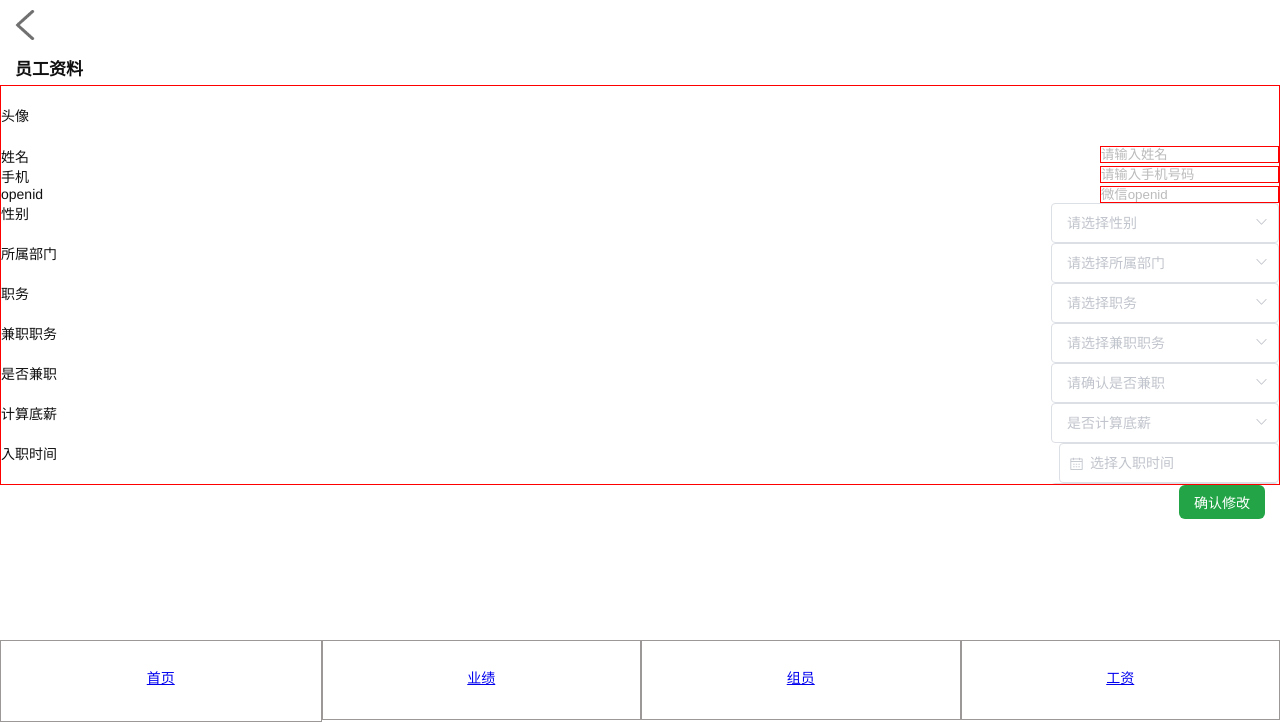
Repository: panlin520-team/lnmj-staffH5
Page: /#/homepage
The author's editor kept a copy of each file at every save. The page is drawn from the files as they stood at one save, then again after a run of saves.
The browser window is 1280 px wide. The pictures show the whole page.
The project was rebuilt for these pictures with package versions that can differ from the ones it lists, and the page was loaded fresh each time. Also part of the build but not shown: src/views/Lojin.vue.

Above is the page before, as saved 2020-04-08 15:22:15.

### src/main.js
import Vue from 'vue'
import App from './App.vue'
import router from './router'
import store from './store'
import ElementUI from 'element-ui'
import '@/assets/scss/reset.less'
import 'element-ui/lib/theme-chalk/index.css';
Vue.use(ElementUI)


Vue.config.productionTip = false

new Vue({
  router,
  store,
  render: h => h(App)
}).$mount('#app')

### src/App.vue
<template>
  <div id="app">
    <router-view />
  </div>
</template>
<script>
export default {
  data() {
    return {
    };
  },
  created() {},
  methods: {
  }
};
</script>
<style lang="less">
</style>

### src/router/index.js
import Vue from 'vue'
import VueRouter from 'vue-router'
import Lojin from '../views/Lojin.vue'

Vue.use(VueRouter)

const routes = [
  //首页登录
  {
    path: '/',
    name: 'Lojin',
    component: Lojin
  },
  //首页登录
  {
    path: '/Lojin',
    name: 'Lojin',
    component: Lojin
  },
  //用户注册
  {
    path: '/register',
    name: 'Register',
    component: () => import('../views/Register.vue')
  },
  //用户忘记密码
  {
    path: '/forgetpassword',
    name: 'Forgetpassword',
    component: () => import('../views/Forgetpassword.vue')
  },
  //登录首页
  {
    path: '/homepage',
    name: 'Homepage',
    component: () => import('../views/Homepage.vue')
  },
  //业绩
  {
    path: '/performance',
    name: 'Performance',
    component: () => import('../views/Performance.vue')
  },
  //组员
  {
    path: '/crew',
    name: 'Crew',
    component: () => import('../views/Crew.vue')
  },
  //工资
  {
    path: '/salary',
    name: 'Salary',
    component: () => import('../views/Salary.vue')
  },
]

const router = new VueRouter({
  routes
})

export default router

### src/assets/scss/reset.less
* {
  margin: 0;
  padding: 0;
}

div {
  box-sizing: border-box;
  -webkit-tap-highlight-color: rgba(0, 0, 0, 0);
  // -webkit-user-select: none;
}

img {
  border: 0;
}

ul,
ol {
  list-style: none;
}

textarea {
  // 禁止调节文本域尺寸
  resize: none;
  outline-style: none;
  -webkit-appearance: none;
}

input,
button {
  outline-style: none;
  box-sizing: border-box;
  border: none;
}

// 输入框提示文本颜色设置
input::-moz-focus-inner {
  border: 0;
}

input::-webkit-input-placeholder {
  /* WebKit browsers */
  color: #BBB;
}

input::-moz-placeholder {
  /* Mozilla Firefox 19+ */
  color: #BBB;
}

input:-ms-input-placeholder {
  /* Internet Explorer 10+ */
  color: #BBB;
}

html,
body {
  width: 100%;
  height: 100%;
}

body {
  background-color: #ffffff;
  font-family: "Helvetica Neue", Helvetica, "PingFang SC", "Hiragino Sans GB", "Microsoft YaHei", "微软雅黑", Arial, sans-serif;
  font-size: 14px;
  color: #101010;
}

#app {
  position: relative;
  width: 100%;
  height: 100%;
}

// 滚动条尺寸
div::-webkit-scrollbar {
  width: 10px;
  height: 10px;
}

// 滚动条内部方块
// div::-webkit-scrollbar-thumb {
//   border-radius: 10px;
//   box-shadow: inset 0 0 5px rgba(0, 0, 0, 0.2);
//   background: #52BD3A;
// }

// 滚动条轨道
// div::-webkit-scrollbar-track {
//   box-shadow: inset 0 0 5px rgba(0, 0, 0, 0.2);
//   border-radius: 10px;
//   background: rgba(0, 0, 0, 0.1);
// }

.topBand {
  width: 100%;
  height: 80px;
  background: #23A547;
  display: flex;
  position: fixed;
  top: 0;
  left: 0;
  z-index: 100;
}

.container {
  display: flex;
  background: #ffffff;
  padding-top: 80px;
  z-index: 99;
  height: 100%;

  .aside {
    width: 200px;
    min-width: 200px;
    overflow: hidden;
    white-space: nowrap;
    text-overflow: ellipsis;
    position: fixed;
    top: 80px;
    bottom: 0;
    left: 0;
  }

  .main {
    flex: 1;

    &.active {
      padding-left: 200px;
    }
  }
}

.footer {
  height: 80px;
  background: #23A547;
}

.scrollX {
  overflow-x: auto;
  overflow-y: hidden;
}

.scrollY {
  overflow-x: hidden;
  overflow-y: auto;
}

.popPage {
  position: fixed;
  top: 0;
  left: 0;
  width: 100%;
  height: 100%;
  padding: 20px;
  z-index: 100;
  background-color: #ffffff;
}

.nowrap {
  overflow: hidden;
  white-space: nowrap;
  text-overflow: ellipsis;
}

.btn-pointer {
  cursor: pointer;
}

### src/views/Homepage.vue
 <!--登录首页-->
<template>
  <div class="homepage">
    <div class="imgs" @click="returnLojin">
      <img src="../assets/images/icon-left.png" alt />
    </div>
    <!-- 中间 -->
    <div class="content">
      <div class="top" slot="top">
        <div class="title">员工资料</div>
      </div>
      <div class="main" slot="main">
        <div class="items scrollY">
          <!-- 头像上传 -->
          <div class="item">
            <label class="label-left" style="line-height: 60px;">头像</label>
            <div class="value">

            </div>
          </div>
          <div class="item">
            <label class="label-left">姓名</label>
            <div class="value">
              <input
                type="text"
                placeholder="请输入姓名"
                v-model="employeesDetails.name"
                class="input-value"
              />
            </div>
          </div>
          <div class="item">
            <label class="label-left">手机</label>
            <div class="value">
              <input
                type="text"
                placeholder="请输入手机号码"
                v-model="employeesDetails.mobile"
                class="input-value"
              />
            </div>
          </div>
          <div class="item">
            <label class="label-left">openid</label>
            <div class="value">
              <input
                type="text"
                placeholder="微信openid"
                v-model="employeesDetails.openid"
                class="input-value"
              />
            </div>
          </div>
          <div class="item">
            <label class="label-left">性别</label>
            <div class="value">
              <el-select v-model="employeesDetails.gender" placeholder="请选择性别">
                <el-option
                  v-for="item in genders"
                  :key="item.value"
                  :label="item.name"
                  :value="item.value"
                ></el-option>
              </el-select>
            </div>
          </div>
          <!-- <div class="item">
                <label class="label-left">所属分组</label>
                <div class="value">
                  <el-select v-model="employeesDetails.groupId" placeholder="请选择分组">
                    <el-option
                      v-for="item in groups"
                      :key="item.groupId"
                      :label="item.name"
                      :value="item.groupId"
                    ></el-option>
                  </el-select>
                </div>
          </div>-->
          <div class="item">
            <label class="label-left">所属部门</label>
            <div class="value">
              <el-select v-model="part_department" @change="changedepartment" placeholder="请选择所属部门">
                <el-option
                  v-for="item in part_partment"
                  :key="item.id"
                  :label="item.name"
                  :value="item.id"
                ></el-option>
              </el-select>
            </div>
          </div>
          <div class="item">
            <label class="label-left">职务</label>
            <div class="value">
              <el-select v-model="employeepostName" @change="changedeptails" placeholder="请选择职务">
                <el-option
                  v-for="item in postNames"
                  :key="item.postId"
                  :label="item.name"
                  :value="item.postId"
                ></el-option>
              </el-select>
            </div>
          </div>
          <div class="item">
            <label class="label-left">兼职职务</label>
            <div class="value">
              <el-select v-model="part_timeJobe" @change="changejobe" placeholder="请选择兼职职务">
                <el-option
                  v-for="item in part_timeNames"
                  :key="item.postId"
                  :label="item.name"
                  :value="item.postId"
                ></el-option>
              </el-select>
            </div>
          </div>

          <div class="item">
            <label class="label-left">是否兼职</label>
            <div class="value">
              <el-select v-model="part_trueJobe" @change="changetrueJobe" placeholder="请确认是否兼职">
                <el-option
                  v-for="item in part_trueNames"
                  :key="item.postId"
                  :label="item.name"
                  :value="item.postId"
                ></el-option>
              </el-select>
            </div>
          </div>
          <div class="item">
            <label class="label-left">计算底薪</label>
            <div class="value">
              <el-select v-model="isBasicSalarer" @change="changeSalary" placeholder="是否计算底薪">
                <el-option
                  v-for="item in isBasicSalary"
                  :key="item.value"
                  :label="item.label"
                  :value="item.value"
                ></el-option>
              </el-select>
            </div>
          </div>
          <!-- <div class="item">
            <label class="label-left">级别</label>
            <div class="value">
              <el-select v-model="employeesDetails.postLevel" placeholder="请选择级别">
                <el-option
                  v-for="item in levels"
                  :key="item.postLevelId"
                  :label="item.postLevelName"
                  :value="item.postLevelId"
                ></el-option>
              </el-select>
            </div>
          </div>-->
          <div class="item">
            <label class="label-left">入职时间</label>
            <div class="value">
              <el-date-picker
                v-model="employeesDetails.entryTime"
                :editable="false"
                :clearable="false"
                align="center"
                type="date"
                format="yyyy-MM-dd"
                value-format="yyyy-MM-dd"
                placeholder="选择入职时间"
                class="setEmpDatePicker"
              ></el-date-picker>
            </div>
          </div>
          <div class="item">
            <label class="label-left">目前状态</label>
            <div class="value">
              <el-select v-model="workingState" @change="changezhtai" placeholder="请选择员工目前状态">
                <el-option
                  v-for="item in workingStates"
                  :key="item.state"
                  :label="item.name"
                  :value="item.state"
                ></el-option>
              </el-select>
            </div>
          </div>
        </div>
      </div>
      <div class="bottom" slot="bottom">
        <div class="btn-save btn-pointer" @click="newEmployees">确认修改</div>
      </div>
    </div>
    <!-- 底部导航 -->
    <div class="switchoverBtn">
      <Btnnavigation></Btnnavigation>
    </div>
  </div>
</template>


<script>
//引入模块
import Btnnavigation from "@/components/Btnnavigation.vue";

export default {
  name: "homepage",
  components: { Btnnavigation },
  data() {
    return {
      //员工信息
      employeesDetails: {
        name: "",
        mobile: "",
        openid: "",
        gender: "",
        entryTime: "",
      },
      //部门
      part_department: "",
      part_partment: [],
      //职务
      employeepostName: "",
      postNames: [],
      //兼职职务
      part_timeJobe: "",
      part_timeNames: [],
      //是否兼职
      part_trueJobe: "",
      part_trueNames: [
        {
          postId: 1,
          name: "是"
        },
        {
          postId: 0,
          name: "否"
        }
      ],
      //是否计算底薪
      isBasicSalarer: "",
      isBasicSalary: [
        {
          value: 0,
          label: "否"
        },
        {
          value: 1,
          label: "是"
        }
      ],
      //目前状态
      workingState: "",
      workingStates: [
        {
          state: 1,
          name: "在职"
        },
        {
          state: 0,
          name: "离职"
        }
      ],
      //性别
      genders: [
        {
          value: 0,
          name: "女"
        },
        {
          value: 1,
          name: "男"
        }
      ]
    };
  },
  created() {},
  methods: {
    //返回登录页面
    returnLojin() {
      const _this = this;
      _this.$router.replace("/Lojin");
    },
    //修改
    newEmployees() {},
    //修改部门
    changedepartment() {},
    //修改职务
    changedeptails() {},
    //修改兼职职务
    changejobe() {},
    //是否兼职
    changetrueJobe() {},
    //是否计算底薪
    changeSalary() {},
    //目前状态
    changezhtai(){

    },
  }
};
</script>

<style lang="less" scoped>
.homepage {
  width: 100%;
  height: 100%;
  position: relative;
  .imgs {
    width: 50px;
    height: 50px;
    padding: 10px;
    img {
      width: 100%;
      height: 100%;
    }
  }
  .content {
    .top {
      padding: 5px 15px;
    }
    .title {
      font-size: 17px;
      font-weight: 700;
    }
    .main{
        max-height: 400px;
        border: 1px solid red;
        overflow: auto;
        .item{
            display: flex;
            justify-content: space-between;
            .input-value{
                border: 1px solid red;
            }
        }
    }

    .bottom {
      text-align: right;
      .btn-save {
        padding: 7px 15px;
        font-size: 14px;
        margin-right: 15px;
        border-radius: 6px;
        color: #ffffff;
        background-color: #23a547;
        text-align: center;
        display: inline-block;
      }
      .iconfont {
        font-size: 25px;
      }
      .btn-del {
        padding: 7px 15px;
        font-size: 14px;
        margin-right: 15px;
        border-radius: 6px;
        color: #ffffff;
        background: #e6a23c;
        text-align: center;
        display: inline-block;
      }
    }
  }
  .switchoverBtn {
    position: absolute;
    bottom: 0;
    width: 100%;
    height: 80px;
    z-index: 999;
  }
}
</style>

### src/components/Btnnavigation.vue
 <!--底部导航-->
<template>
  <div class="btnnavigation">
    <!-- <div class="somenavigation">
      <div class="navitnew">
      <router-link to="/homepage">首页</router-link>
      </div>
    </div>-->
    <router-link class="somenavigation" to="/homepage">
      <div class="navitnew">首页</div>
    </router-link>

    <div class="somenavigation">
      <div class="navitnew">
        <router-link to="/Performance">业绩</router-link>
      </div>
    </div>
    <div class="somenavigation">
      <div class="navitnew">
        <router-link to="/crew">组员</router-link>
      </div>
    </div>
    <div class="somenavigation">
      <div class="navitnew">
        <router-link to="/salary">工资</router-link>
      </div>
    </div>
  </div>
</template>

<script>
export default {
  name: "btnnavigation",
  components: {},
  data() {
    return {};
  },
  created() {},
  methods: {}
};
</script>

<style lang="less" scoped>
.btnnavigation {
  width: 100%;
  height: 100%;
  display: flex;
  .somenavigation {
    width: 25%;
    height: 100%;
    border: 1px solid rgb(156, 152, 152);
    .navitnew {
      text-align: center;
      line-height: 75px;
    }
  }
}
</style>

Loaded but not shown: public/index.html (common file); src/store/index.js (common file)

After the next 2 saves:
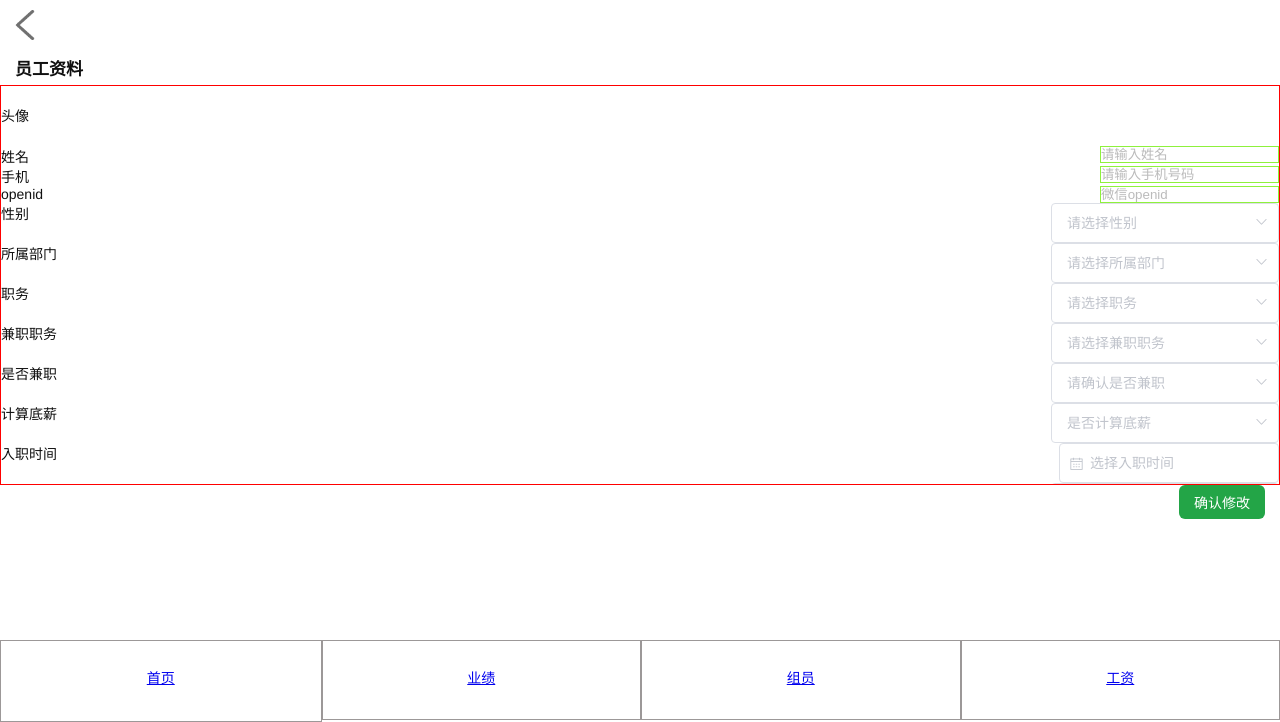
The 2 saves are shown as one change because they came seconds apart.
The last was saved 9 s later.
--- a/src/views/Homepage.vue
+++ b/src/views/Homepage.vue
@@ -331,7 +331,7 @@ export default {
             display: flex;
             justify-content: space-between;
             .input-value{
-                border: 1px solid red;
+                border: 1px solid rgb(142, 241, 60);
             }
         }
     }
